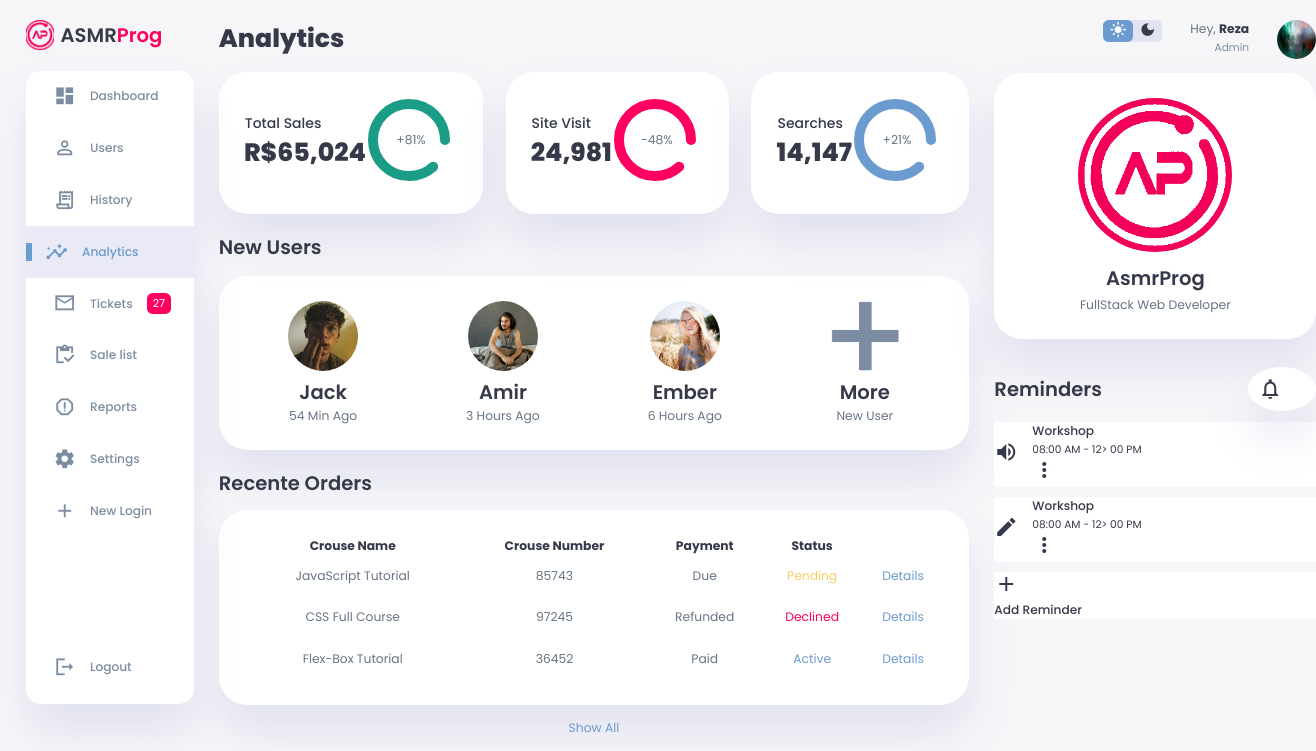
Repository: pheonix5/ProjetosRN-linux
Page: DashBoard/index.html
These files come from the project's save history. The page is drawn as it stood at one moment and after the next save; the edit follows.
The browser window is 1280 px wide. The page is 1316 px wide, so the pictures cover 1316 px, including what lies to the right of the window. The pictures show the whole page.

Above is the page before, as saved 2023-08-06 03:05:45.

After the next save:
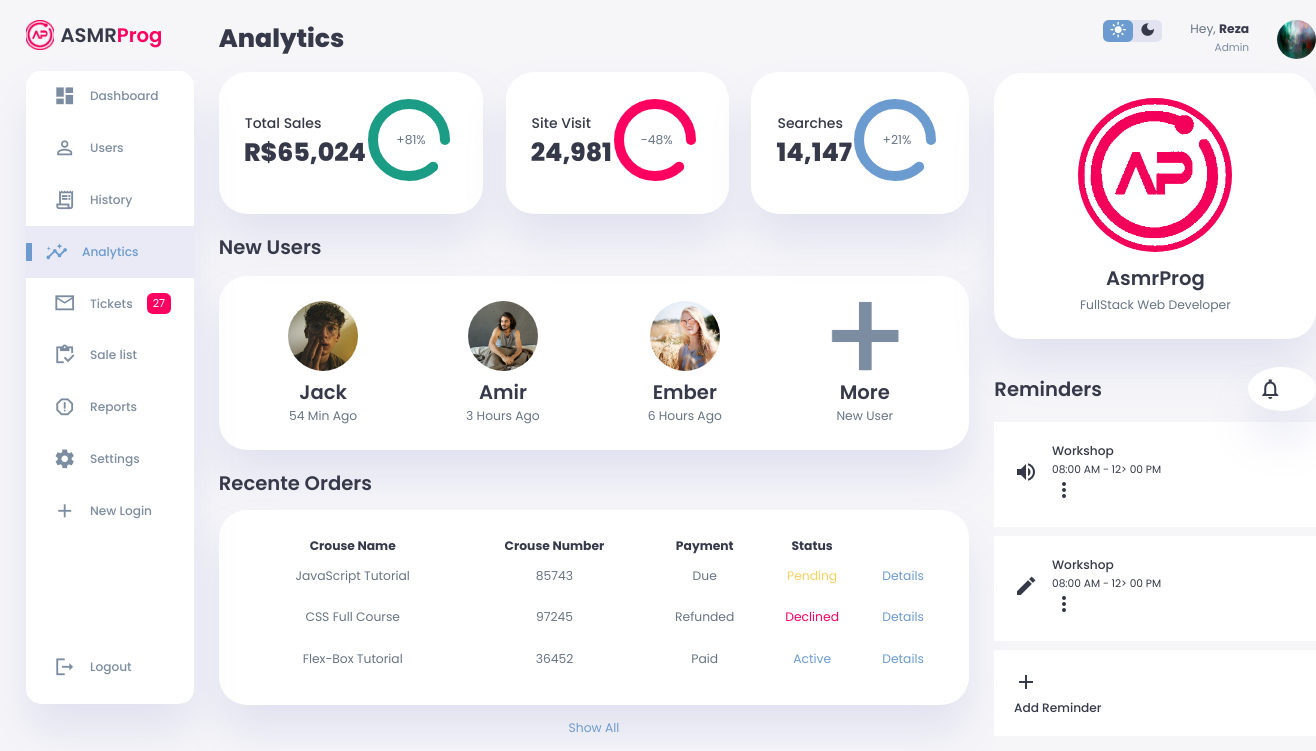
Saved 18 s later.
--- a/DashBoard/style.css
+++ b/DashBoard/style.css
@@ -482,4 +482,5 @@ main .recent-orders a{
   align-items: center;
   gap: 1rem;
   margin-bottom: 0.7rem;
-}
+  padding: 1.4rem;
+}
